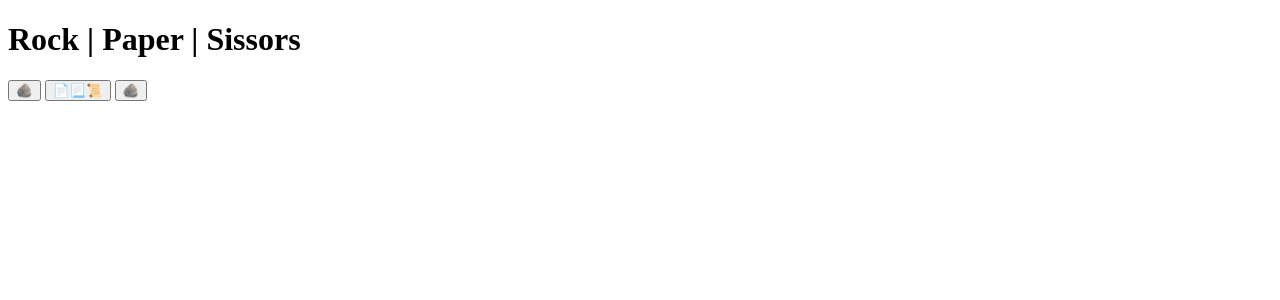
Repository: SakthivelDurai47/Rock-Paper-Sissors
Page: index.html
The author's editor kept a copy of each file at every save. The page is drawn from the files as they stood at one save, then again after the next save.
The browser window is 1280 px wide. The pictures show the whole page.

Above is the page before, as saved 2025-04-14 21:54:47.

After the next save:
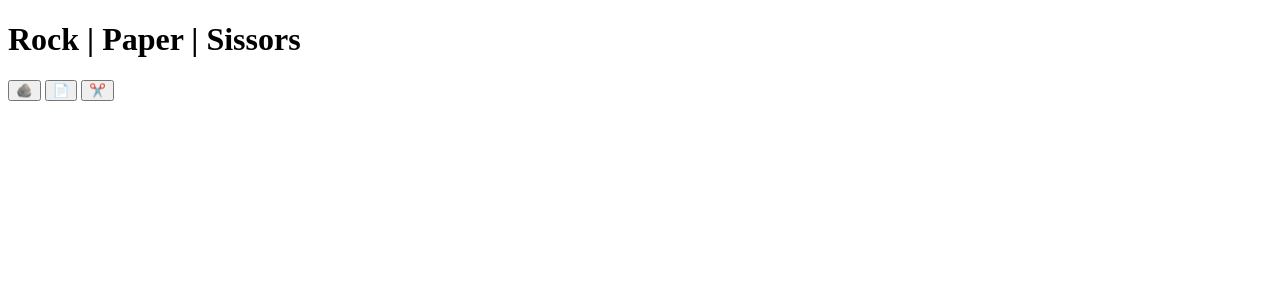
Saved 98 s later.
--- a/index.html
+++ b/index.html
@@ -3,13 +3,13 @@
   <head>
     <meta charset="UTF-8" />
     <meta name="viewport" content="width=device-width, initial-scale=1.0" />
-    <title>Rock, Paper, Sissor</title>
+    <title>Rock, Paper, Scissor</title>
     <meta name="aurthor" content="Sakthivel Durai S" />
   </head>
   <body>
     <h1>Rock | Paper | Sissors</h1>
     <button onclick="playGame('Rock')">🪨</button>
-    <button onclick="playGame('Paper')">📄📃📜</button>
-    <button onclick="playGame('Sissor')">🪨</button>
+    <button onclick="playGame('Paper')">📄</button>
+    <button onclick="playGame('Scissor')">✂️</button>
   </body>
 </html>
